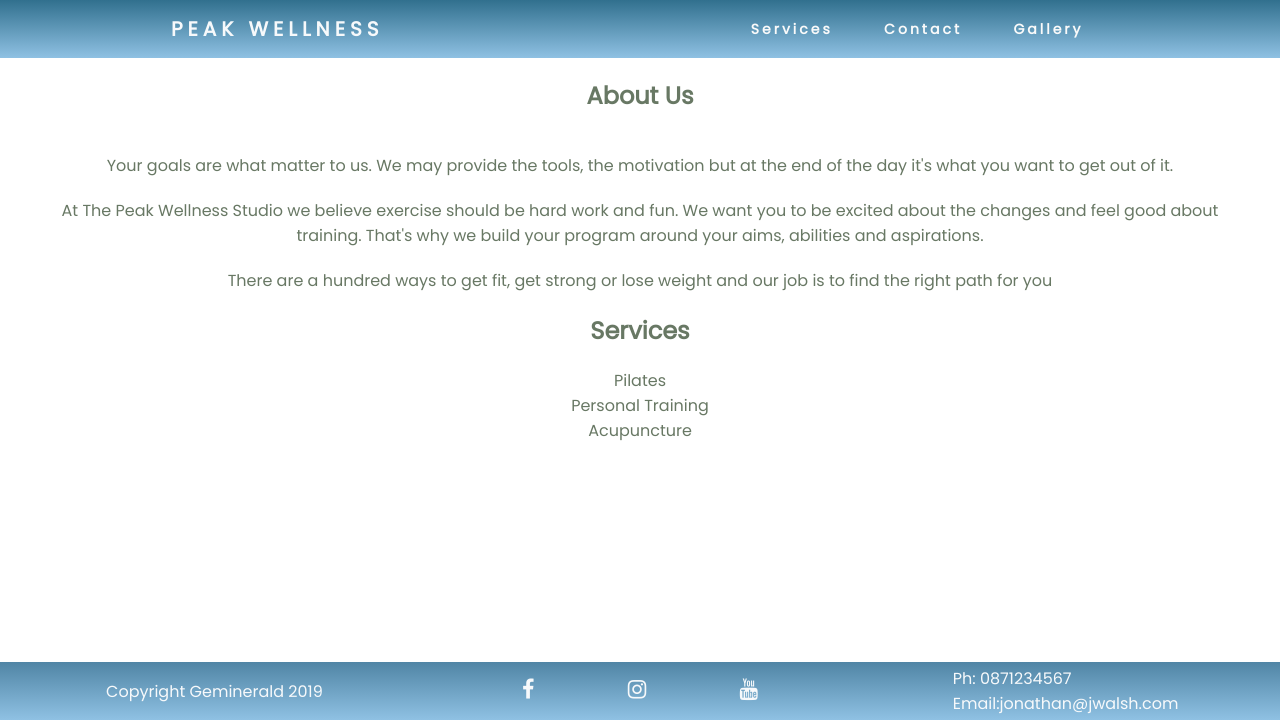
Repository: geminerald/peakwellness
Page: services.html
The author's editor kept a record of every edit. The page is drawn from the files as they stood at one moment, then again after the next edit.
The browser window is 1280 px wide. The pictures show the whole page.

Above is the page before.

After the next edit:
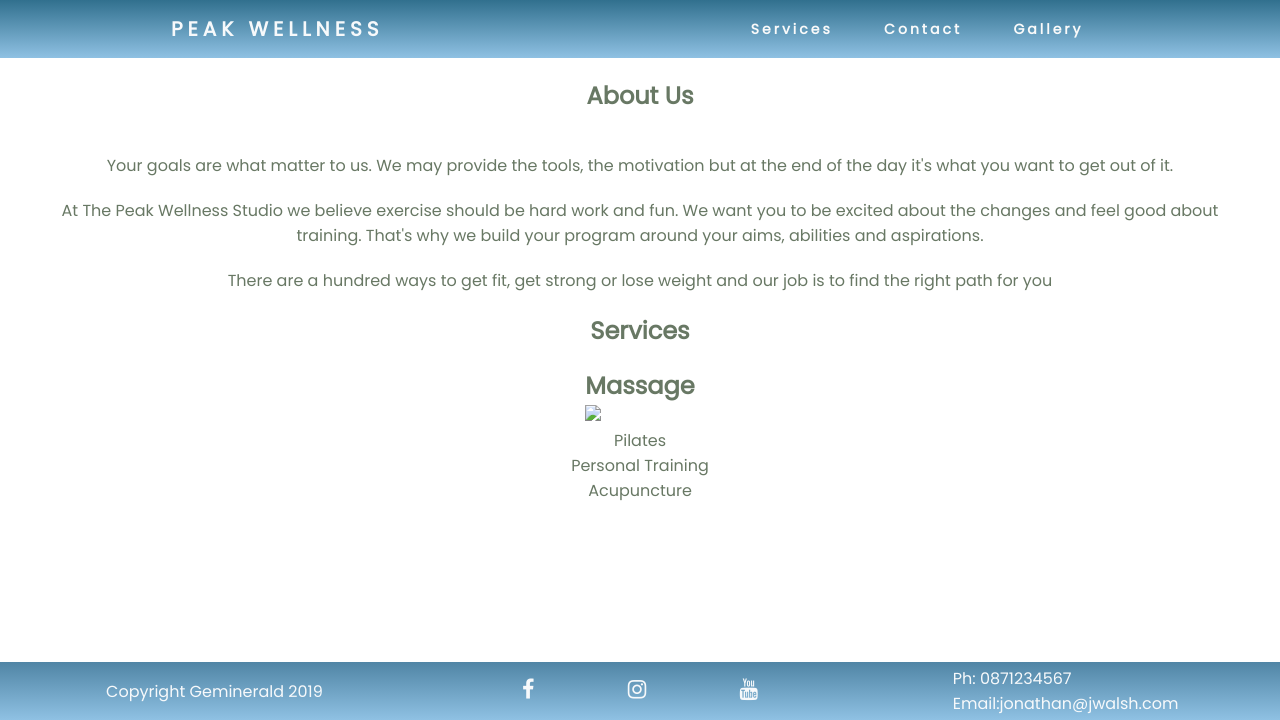
The edit:
--- a/services.html
+++ b/services.html
@@ -53,7 +53,7 @@
             <div class="services">
                 <h1>Services</h1>
                 <div class="service">
-                    <figure class="front"></figure>
+                    <figure class="front"><h2>Massage</h2><img src="#"></figure>
                     <figure class="back"></figure>
 
 
